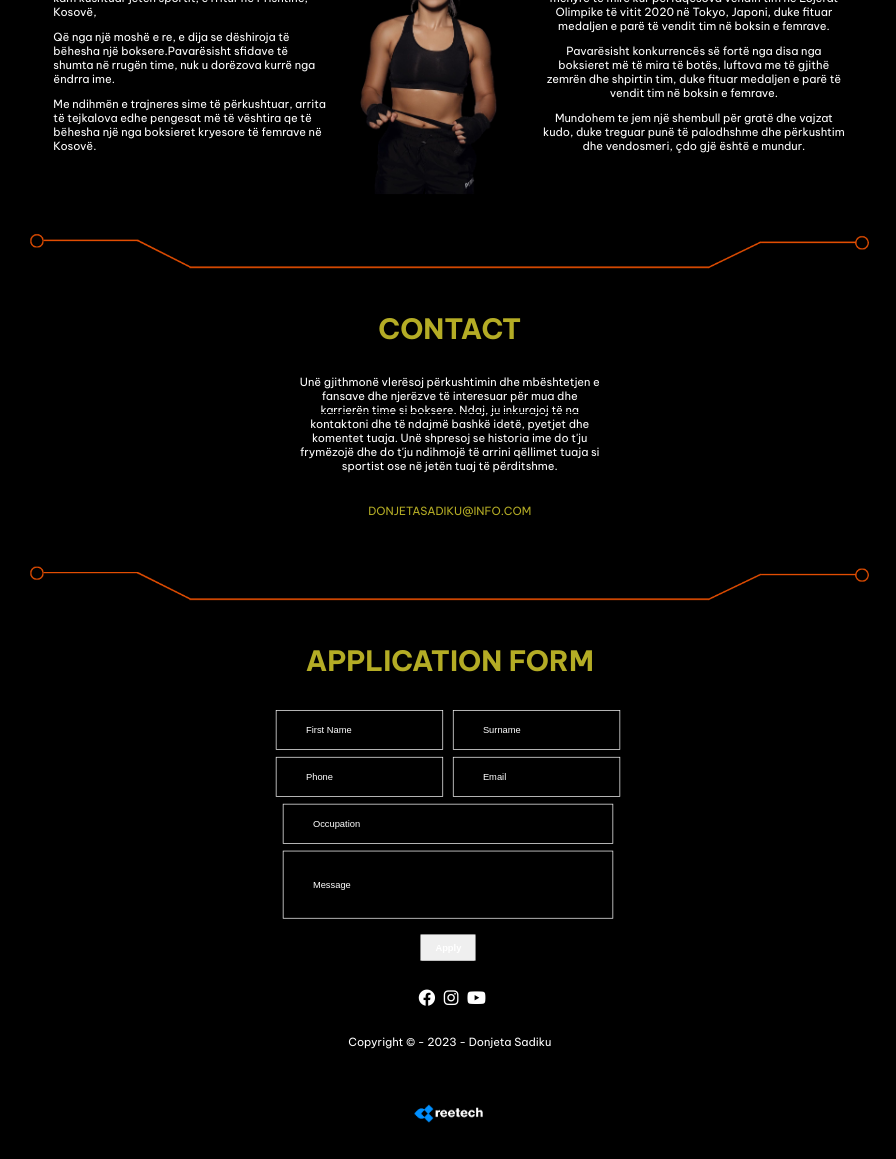
Repository: milot-morina/ds-boxing
Page: DS-Portfolio/index.html
An editor plug-in stored every save of this project. The page is shown before and after the next save, followed by the edit.
The browser window is 1280 px wide. The pictures show the part of the page from y = 2316 to 4236 px (the page is 3971 px tall before and 4236 px after), at 70% of full size.
A picture or video elsewhere on the page could not be fetched, so the positions and the page height are approximate.

Above is the page before, as saved 2023-03-21 10:07:06.

After the next save:
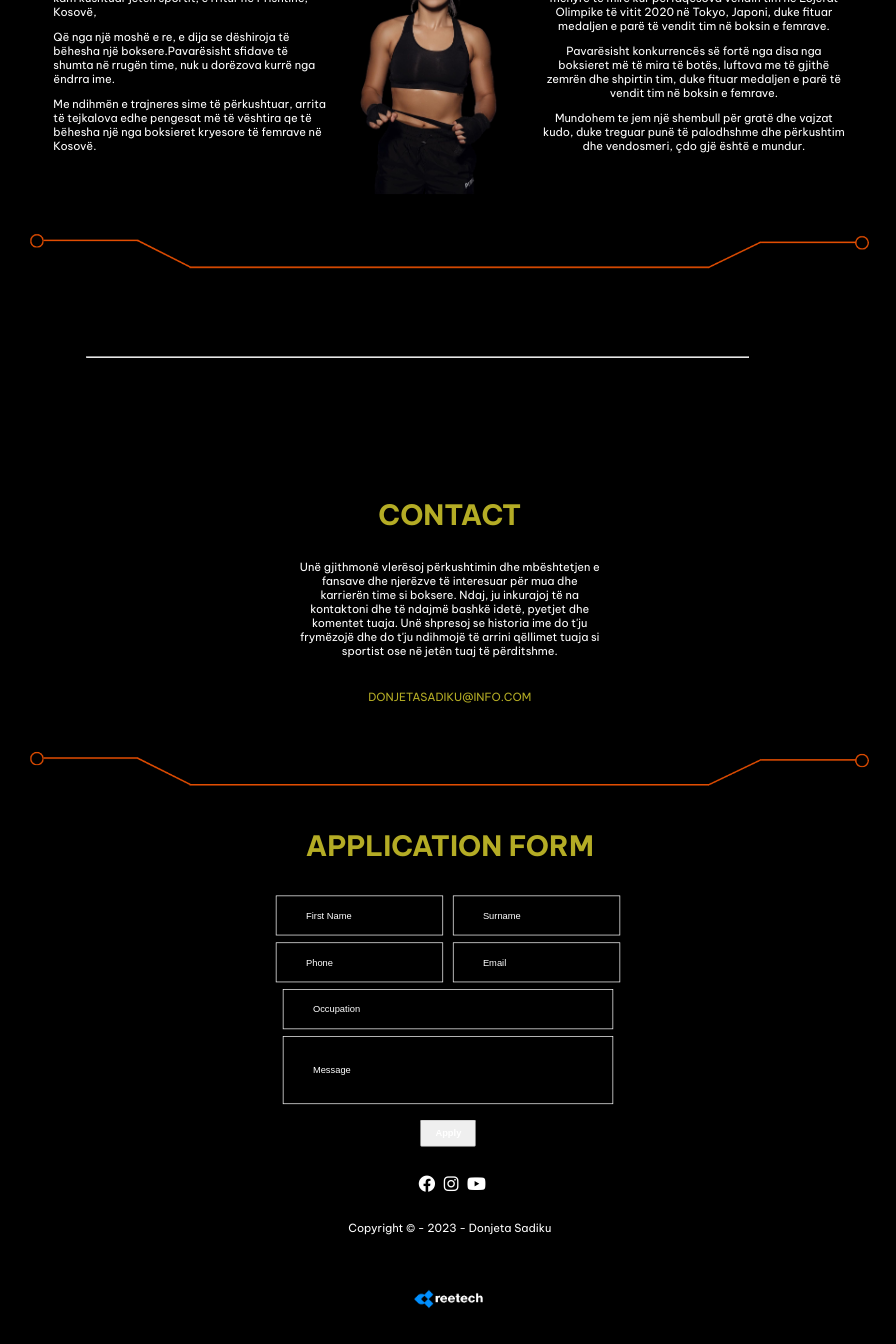
Saved 77 s later.
--- a/DS-Portfolio/index.html
+++ b/DS-Portfolio/index.html
@@ -125,7 +125,68 @@
 
   <img src="separator2.png" alt="" width="100%" style="margin-top: 30px;">
   <!-- ktu section i ri -->
-
+      <!-- Achievement 1 - Bootstrap Brain Component -->
+<section class="bg-light py-5 py-xl-8">
+  <div class="container mb-5 mb-md-6">
+    <div class="row justify-content-md-center">
+      <div class="col-12 col-md-10 col-lg-8 col-xl-7 col-xxl-6 text-center">
+        <h2 class="mb-4 display-5">Achievements</h2>
+        <p class="text-secondary mb-4 mb-md-5">Orci varius natoque penatibus et magnis dis parturient montes, nascetur ridiculus mus. Pellentesque et neque id ligula mattis commodo.</p>
+        <hr class="w-50 mx-auto mb-0 text-secondary">
+      </div>
+    </div>
+  </div>
+
+  <div class="container overflow-hidden">
+    <div class="row gy-5 gy-md-6 gy-lg-0">
+      <div class="col-6 col-lg-3">
+        <div class="text-center">
+          <div class="d-flex align-items-center justify-content-center bg-primary rounded-circle w-100px h-100px mb-3 mx-auto">
+            <svg xmlns="http://www.w3.org/2000/svg" width="48" height="48" fill="currentColor" class="bi bi-people text-white" viewBox="0 0 16 16">
+              <path d="M15 14s1 0 1-1-1-4-5-4-5 3-5 4 1 1 1 1h8zm-7.978-1A.261.261 0 0 1 7 12.996c.001-.264.167-1.03.76-1.72C8.312 10.629 9.282 10 11 10c1.717 0 2.687.63 3.24 1.276.593.69.758 1.457.76 1.72l-.008.002a.274.274 0 0 1-.014.002H7.022zM11 7a2 2 0 1 0 0-4 2 2 0 0 0 0 4zm3-2a3 3 0 1 1-6 0 3 3 0 0 1 6 0zM6.936 9.28a5.88 5.88 0 0 0-1.23-.247A7.35 7.35 0 0 0 5 9c-4 0-5 3-5 4 0 .667.333 1 1 1h4.216A2.238 2.238 0 0 1 5 13c0-1.01.377-2.042 1.09-2.904.243-.294.526-.569.846-.816zM4.92 10A5.493 5.493 0 0 0 4 13H1c0-.26.164-1.03.76-1.724.545-.636 1.492-1.256 3.16-1.275zM1.5 5.5a3 3 0 1 1 6 0 3 3 0 0 1-6 0zm3-2a2 2 0 1 0 0 4 2 2 0 0 0 0-4z" />
+            </svg>
+          </div>
+          <h5 class="display-6 fw-bold m-1">120K</h5>
+          <p class="text-secondary m-0">Happy Customers</p>
+        </div>
+      </div>
+      <div class="col-6 col-lg-3">
+        <div class="text-center">
+          <div class="d-flex align-items-center justify-content-center bg-primary rounded-circle w-100px h-100px mb-3 mx-auto">
+            <svg xmlns="http://www.w3.org/2000/svg" width="48" height="48" fill="currentColor" class="bi bi-activity text-white" viewBox="0 0 16 16">
+              <path fill-rule="evenodd" d="M6 2a.5.5 0 0 1 .47.33L10 12.036l1.53-4.208A.5.5 0 0 1 12 7.5h3.5a.5.5 0 0 1 0 1h-3.15l-1.88 5.17a.5.5 0 0 1-.94 0L6 3.964 4.47 8.171A.5.5 0 0 1 4 8.5H.5a.5.5 0 0 1 0-1h3.15l1.88-5.17A.5.5 0 0 1 6 2Z" />
+            </svg>
+          </div>
+          <h5 class="display-6 fw-bold m-1">1890+</h5>
+          <p class="text-secondary m-0">Issues Solved</p>
+        </div>
+      </div>
+      <div class="col-6 col-lg-3">
+        <div class="text-center">
+          <div class="d-flex align-items-center justify-content-center bg-primary rounded-circle w-100px h-100px mb-3 mx-auto">
+            <svg xmlns="http://www.w3.org/2000/svg" width="48" height="48" fill="currentColor" class="bi bi-briefcase text-white" viewBox="0 0 16 16">
+              <path d="M6.5 1A1.5 1.5 0 0 0 5 2.5V3H1.5A1.5 1.5 0 0 0 0 4.5v8A1.5 1.5 0 0 0 1.5 14h13a1.5 1.5 0 0 0 1.5-1.5v-8A1.5 1.5 0 0 0 14.5 3H11v-.5A1.5 1.5 0 0 0 9.5 1h-3zm0 1h3a.5.5 0 0 1 .5.5V3H6v-.5a.5.5 0 0 1 .5-.5zm1.886 6.914L15 7.151V12.5a.5.5 0 0 1-.5.5h-13a.5.5 0 0 1-.5-.5V7.15l6.614 1.764a1.5 1.5 0 0 0 .772 0zM1.5 4h13a.5.5 0 0 1 .5.5v1.616L8.129 7.948a.5.5 0 0 1-.258 0L1 6.116V4.5a.5.5 0 0 1 .5-.5z" />
+            </svg>
+          </div>
+          <h5 class="display-6 fw-bold m-1">250K</h5>
+          <p class="text-secondary m-0">Finished Projects</p>
+        </div>
+      </div>
+      <div class="col-6 col-lg-3">
+        <div class="text-center">
+          <div class="d-flex align-items-center justify-content-center bg-primary rounded-circle w-100px h-100px mb-3 mx-auto">
+            <svg xmlns="http://www.w3.org/2000/svg" width="48" height="48" fill="currentColor" class="bi bi-award text-white" viewBox="0 0 16 16">
+              <path d="M9.669.864 8 0 6.331.864l-1.858.282-.842 1.68-1.337 1.32L2.6 6l-.306 1.854 1.337 1.32.842 1.68 1.858.282L8 12l1.669-.864 1.858-.282.842-1.68 1.337-1.32L13.4 6l.306-1.854-1.337-1.32-.842-1.68L9.669.864zm1.196 1.193.684 1.365 1.086 1.072L12.387 6l.248 1.506-1.086 1.072-.684 1.365-1.51.229L8 10.874l-1.355-.702-1.51-.229-.684-1.365-1.086-1.072L3.614 6l-.25-1.506 1.087-1.072.684-1.365 1.51-.229L8 1.126l1.356.702 1.509.229z" />
+              <path d="M4 11.794V16l4-1 4 1v-4.206l-2.018.306L8 13.126 6.018 12.1 4 11.794z" />
+            </svg>
+          </div>
+          <h5 class="display-6 fw-bold m-1">786+</h5>
+          <p class="text-secondary m-0">Awwwards Winning</p>
+        </div>
+      </div>
+    </div>
+  </div>
+</section>
 
 
   <!-- perfunduon -->
